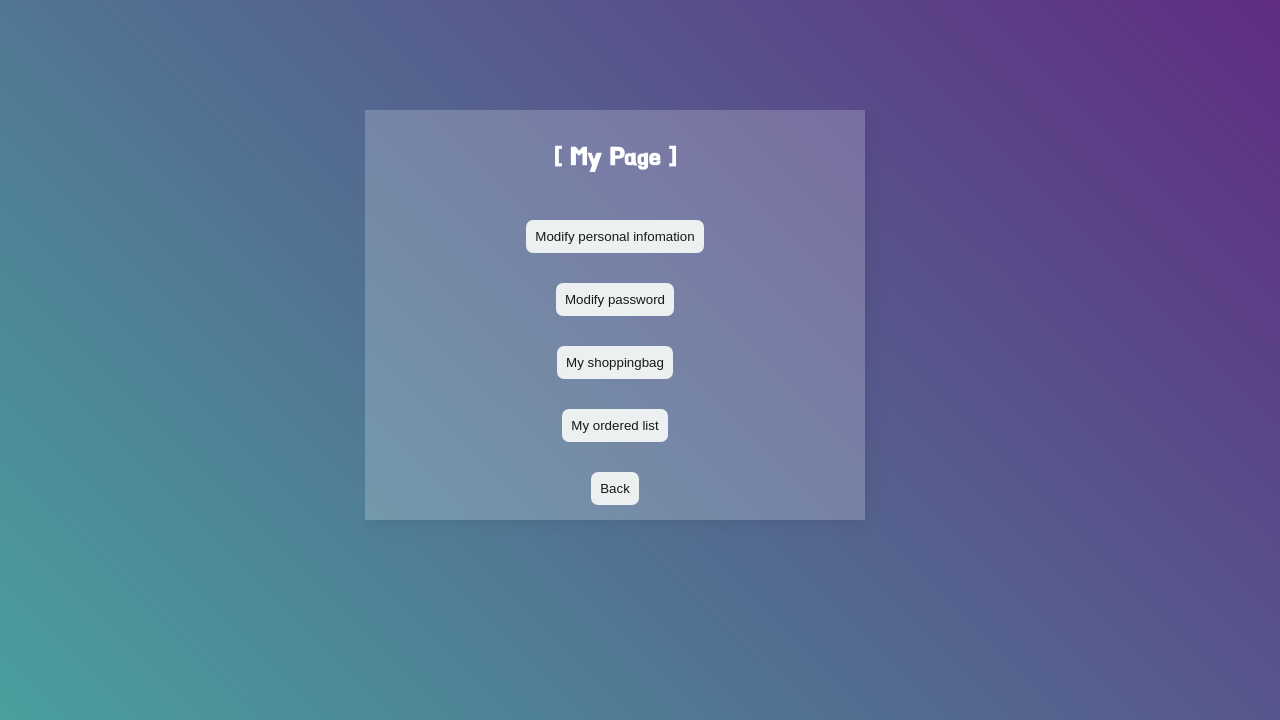
Repository: MIR013/KNU_DB_Project_Team5
Page: http://localhost/Databaase/my_page.html
An editor plug-in stored every save of this project. The page is shown before and after the next save, followed by the edit.
The browser window is 1280 px wide. The pictures show the whole page.
The page is served by Tomcat 9. Nobody is signed in. The application's start-up code is not run.

Above is the page before, as saved 2018-11-22 12:30:38.

After the next save:
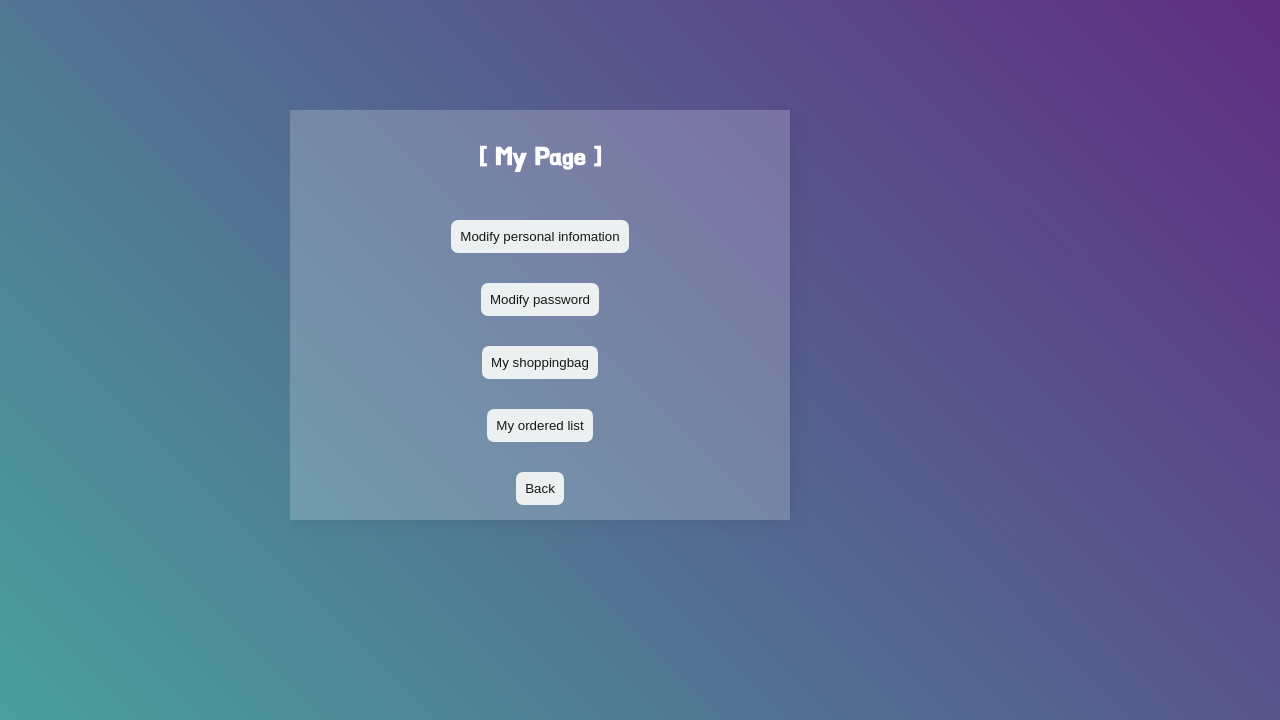
Saved 45 s later.
--- a/dbphase/Databaase/WebContent/mystyle.css
+++ b/dbphase/Databaase/WebContent/mystyle.css
@@ -49,7 +49,7 @@
 
 .container {
 	height:500px;
-	width: 550px;
+	width: 700px;
 	overflow: auto;
 	position: absolute;
 	top: 50%;

After the save that followed:
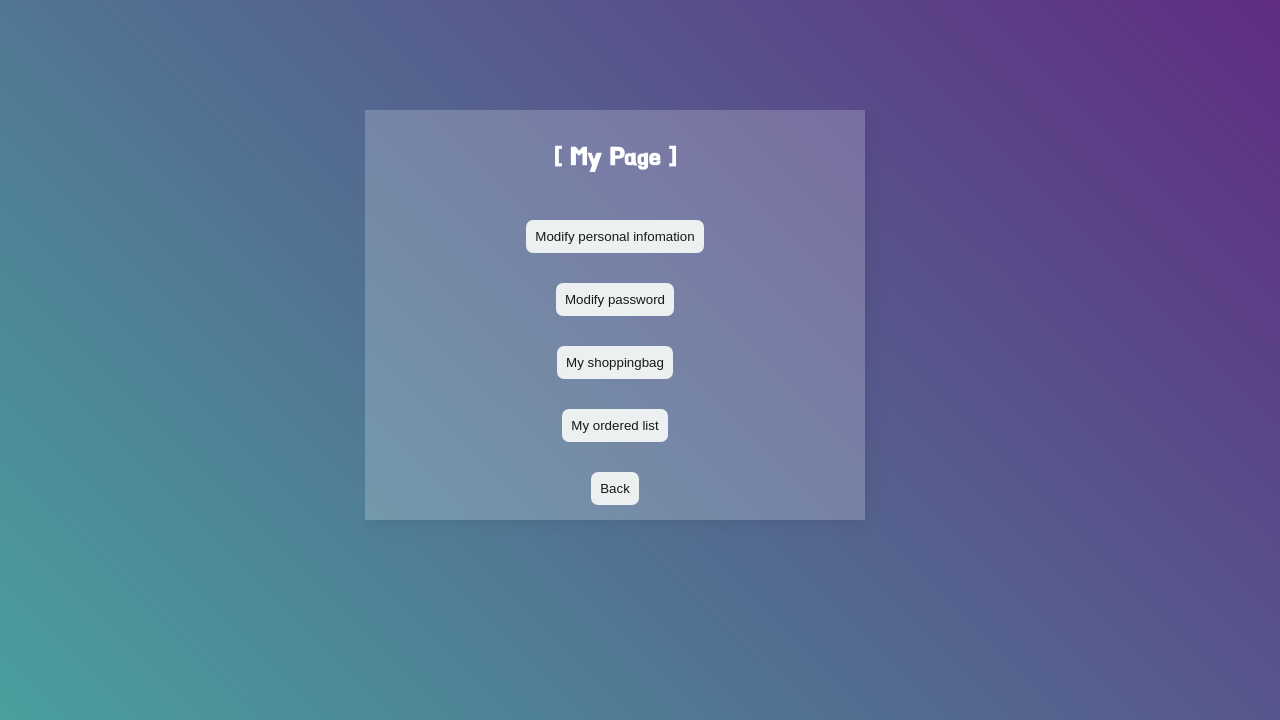
Saved 14 s later.
--- a/dbphase/Databaase/WebContent/mystyle.css
+++ b/dbphase/Databaase/WebContent/mystyle.css
@@ -49,7 +49,7 @@
 
 .container {
 	height:500px;
-	width: 700px;
+	width: 550px;
 	overflow: auto;
 	position: absolute;
 	top: 50%;
